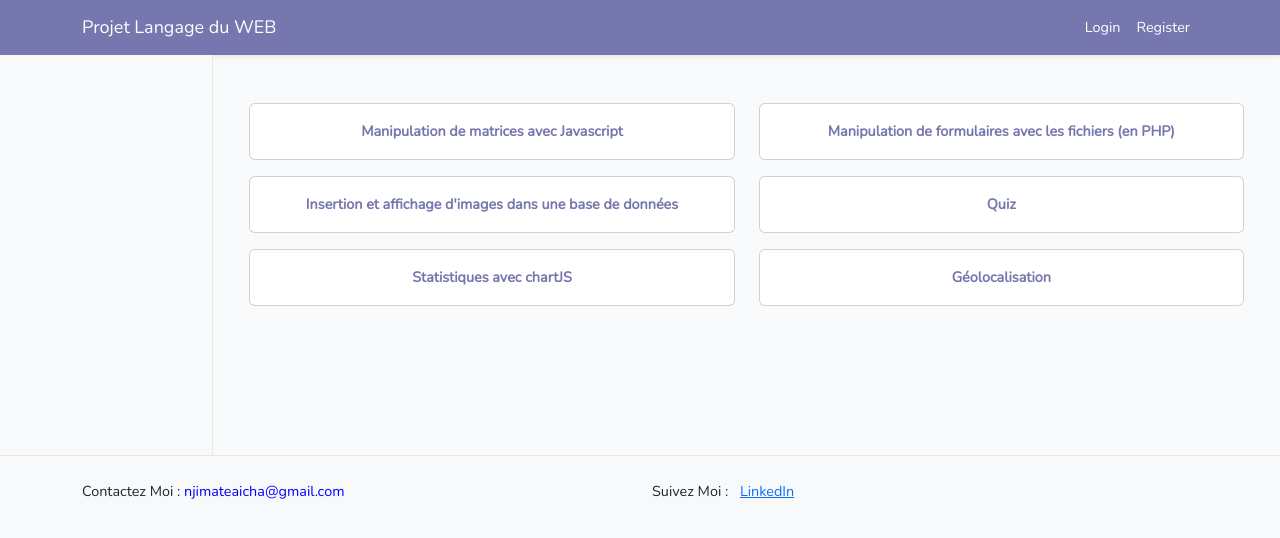
Repository: NjimateAicha/LaravelWeb
Page: http://localhost/projets
An editor plug-in stored every save of this project. The page is shown before and after the next save, followed by the edit.
The browser window is 1280 px wide. The pictures show the whole page.
Some web libraries are served in a nearby version. The page is served by the project's Laravel application, run on PHP 8.4 with Laravel 9. Other server files are loaded and not shown. Style sheets and scripts are compiled from the project's sources, by tool versions that may differ from the author's.

Above is the page before, as saved 2024-05-19 17:07:58.

### routes/web.php
<?php

use App\Http\Controllers\AproposDeMoiController;
use App\Http\Controllers\ChartsController;
use App\Http\Controllers\EtudiantController;
use App\Http\Controllers\formulairesController;
use App\Http\Controllers\ImageController;
use App\Http\Controllers\JsController;
use App\Http\Controllers\MapController;
use App\Http\Controllers\MatriceController;
use App\Http\Controllers\PhpController;
use App\Http\Controllers\ProjetController;
use App\Http\Controllers\QuizController;
use Illuminate\Support\Facades\Auth;
use Illuminate\Support\Facades\Route;

/*
|--------------------------------------------------------------------------
| Web Routes
|--------------------------------------------------------------------------
|
| Here is where you can register web routes for your application. These
| routes are loaded by the RouteServiceProvider within a group which
| contains the "web" middleware group. Now create something great!
|
*/

Route::get('/', function () {
    return view('auth.login');
});


Auth::routes();

Route::get('/home', [App\Http\Controllers\HomeController::class, 'index'])->name('home');

Route::get('/projets', [ProjetController::class, 'index'])->name('projets.index');
Route::get('/aproposDeMoi', [AproposDeMoiController::class, 'index'])->name('aProposDeMoi.index');


/* CRUD Student */
Route::resource('/etudiant' ,EtudiantController::class );
/* CRUD image */
Route::resource('/image' ,ImageController::class );
/* CRUD Maps */
Route::resource('/map' ,MapController::class );
/* CRUD Charts */
Route::resource('/charts' ,ChartsController::class );
/* Matrice */
Route::resource('/matrice' ,MatriceController::class );
/* quiz */
Route::resource('/Quiz' ,QuizController::class );
Route::get('/quiz/javascript', [QuizController::class, 'javascriptQuiz'])->name('quiz.javascript');
Route::post('/quiz/calculateJS', [QuizController::class, 'calculateScoreJS'])->name('quiz.calculateJS');
Route::get('/quiz/php', [QuizController::class, 'phpQuiz'])->name('quiz.php');
Route::post('/quiz/calculatePHP', [QuizController::class, 'calculateScorePHP'])->name('quiz.calculatePHP');

### app/Http/Controllers/ProjetController.php
<?php

namespace App\Http\Controllers;

use Illuminate\Http\Request;

class ProjetController extends Controller
{
    public function index()
    {
        return view('projets.index');
    }
}

### resources/views/projets/index.blade.php
@extends('layouts.app')

@section('content')
    <div class="container mt-5">
        <div class="row">
            <div class="col-md-6 mb-3">
                <a href="{{ route('matrice.index') }}" class="card clickable-card custom-card">
                    <div class="card-body">
                        <span class="blue-text">Manipulation de matrices avec Javascript</span>
                    </div>
                </a>
            </div>
            <div class="col-md-6 mb-3">
                <a href="{{ route('etudiant.create') }}" class="card clickable-card custom-card">
                    <div class="card-body">
                        <span class="blue-text">Manipulation de formulaires avec les fichiers (en PHP)</span>
                    </div>
                </a>
            </div>
            <div class="col-md-6 mb-3">
                <a href="{{ route('image.create') }}" class="card clickable-card custom-card">
                    <div class="card-body">
                        <span class="blue-text">Insertion et affichage d'images dans une base de données</span>
                    </div>
                </a>
            </div>
            <div class="col-md-6 mb-3">
                <a href="{{ route('Quiz.index') }}" class="card clickable-card custom-card">
                    <div class="card-body">
                        <span class="blue-text">Quiz</span>
                    </div>
                </a>
            </div>
            <div class="col-md-6 mb-3">
                <a href="{{ route('charts.index') }}" class="card clickable-card custom-card">
                    <div class="card-body">
                        <span class="blue-text">Statistiques avec chartJS</span>
                    </div>
                </a>
            </div>
            <div class="col-md-6 mb-3">
                <a href="{{ route('map.index') }}" class="card clickable-card custom-card">
                    <div class="card-body">
                        <span class="blue-text">Géolocalisation</span>
                    </div>
                </a>
            </div>
        </div>
    </div>
@endsection

<style>
    .custom-card {
        background-color: #7777af;
        color: white;
        transition: transform 0.2s;
        border: none;
    }

    .custom-card:hover {
        transform: scale(1.05);
        box-shadow: 0 4px 8px rgba(0, 0, 0, 0.2);
    }

    .custom-card .card-body {
        text-align: center;
        font-weight: bold;
    }

    .blue-text {
        color: #7777af; /* Couleur bleue pour le texte */
    }
</style>

### resources/views/layouts/app.blade.php
<!doctype html>
<html lang="{{ str_replace('_', '-', app()->getLocale()) }}">

<head>
    <meta charset="utf-8">
    <meta name="viewport" content="width=device-width, initial-scale=1">

    <!-- CSRF Token -->
    <meta name="csrf-token" content="{{ csrf_token() }}">

    <title>{{ config('app.name', 'Aicha\'s Portfolio') }}</title>

    <!-- Fonts -->
    <link rel="dns-prefetch" href="//fonts.bunny.net">
    <link href="https://fonts.bunny.net/css?family=Nunito" rel="stylesheet">

    <!-- Styles -->
    <link rel="stylesheet" href="https://maxcdn.bootstrapcdn.com/bootstrap/4.5.2/css/bootstrap.min.css">
    <style>
        body {
            font-family: 'Nunito', sans-serif;
        }
        .navbar {
            background-color: #7777af;
        }
        .navbar-brand, .navbar-nav .nav-link {
            color: white !important;
        }
        .sidebar {
            background-color: #f8f9fa;
            border-right: 1px solid #e7e7e7;
        }
        .sidebar .nav-link {
            color: #7777af;
        }
        .sidebar .nav-link:hover {
            color: #7777af;
        }
        footer {
            background-color: #f8f9fa;
            border-top: 1px solid #e7e7e7;
            padding: 10px 0;
        }
        footer p {
            margin: 0;
        }
    </style>
    <!-- Scripts -->
    @vite(['resources/sass/app.scss', 'resources/js/app.js'])
</head>

<body>
    <div id="app">
        <nav class="navbar navbar-expand-md navbar-light shadow-sm">
            <div class="container">
                <a class="navbar-brand" href="{{ url('/') }}">
                    Projet Langage du WEB
                </a>
                <button class="navbar-toggler" type="button" data-toggle="collapse" data-target="#navbarSupportedContent" aria-controls="navbarSupportedContent" aria-expanded="false" aria-label="{{ __('Toggle navigation') }}">
                    <span class="navbar-toggler-icon"></span>
                </button>

                <div class="collapse navbar-collapse" id="navbarSupportedContent">
                    <!-- Left Side Of Navbar -->
                    <ul class="navbar-nav me-auto"></ul>

                    <!-- Right Side Of Navbar -->
                    <ul class="navbar-nav ms-auto">
                        <!-- Authentication Links -->
                        @guest
                            @if (Route::has('login'))
                                <li class="nav-item">
                                    <a class="nav-link" href="{{ route('login') }}">{{ __('Login') }}</a>
                                </li>
                            @endif

                            @if (Route::has('register'))
                                <li class="nav-item">
                                    <a class="nav-link" href="{{ route('register') }}">{{ __('Register') }}</a>
                                </li>
                            @endif
                        @else
                            <li class="nav-item dropdown">
                                <a id="navbarDropdown" class="nav-link dropdown-toggle" href="#" role="button" data-toggle="dropdown" aria-haspopup="true" aria-expanded="false" v-pre>
                                    {{ Auth::user()->name }}
                                </a>

                                <div class="dropdown-menu dropdown-menu-right" aria-labelledby="navbarDropdown">
                                    <a class="dropdown-item" href="{{ route('logout') }}"
                                       onclick="event.preventDefault();
                                                     document.getElementById('logout-form').submit();">
                                        {{ __('Logout') }}
                                    </a>

                                    <form id="logout-form" action="{{ route('logout') }}" method="POST" class="d-none">
                                        @csrf
                                    </form>
                                </div>
                            </li>
                        @endguest
                    </ul>
                </div>
            </div>
        </nav>

        <div class="container-fluid">
            <div class="row">
                <nav class="col-md-2 d-none d-md-block sidebar">
                    <div class="position-sticky pt-3" style="height: 400px">
                        <ul class="nav flex-column">
                            @auth
                                <li class="nav-item ">
                                    <a class="nav-link active" aria-current="page" href="{{ route('aProposDeMoi.index') }}">À propos de moi</a>
                                </li>
                                <li class="nav-item">
                                    <a class="nav-link" href="{{ route('projets.index') }}">Mes Projets</a>
                                </li>

                            @endauth
                        </ul>
                    </div>
                </nav>
                <main class="col-md-9 ms-sm-auto col-lg-10 px-md-4">
                    @yield('content')
                </main>
            </div>
        </div>

        <footer class="bg-light py-4">
            <div class="container">
                <div class="row justify-content-between">
                    <div class="col-md-6">
                        {{-- <p>Contactez Moi :</p> --}}
                        <p class="d-inline">Contactez Moi : <span style="color: blue;">njimateaicha@gmail.com</span></p>
                    </div>
                    <div class="col-md-6">
                        <p class="d-inline-block me-2 mb-0">Suivez Moi :</p>
                        <a href="https://www.linkedin.com/" class="text-blue-500 hover:text-blue-700 d-inline-block" target="_blank">LinkedIn</a>
                    </div>
                </div>
            </div>
        </footer>
    </div>

    <!-- Bootstrap JS and dependencies -->
    <script src="https://code.jquery.com/jquery-3.5.1.slim.min.js"></script>
    <script src="https://cdn.jsdelivr.net/npm/@popperjs/core@2.5.4/dist/umd/popper.min.js"></script>
    <script src="https://maxcdn.bootstrapcdn.com/bootstrap/4.5.2/js/bootstrap.min.js"></script>
</body>

</html>

Loaded but not shown: app/Http/Controllers/Auth/ConfirmPasswordController.php (common file); app/Http/Controllers/Controller.php (common file); resources/sass/app.scss (common file); resources/sass/_variables.scss (common file)

After the next save:
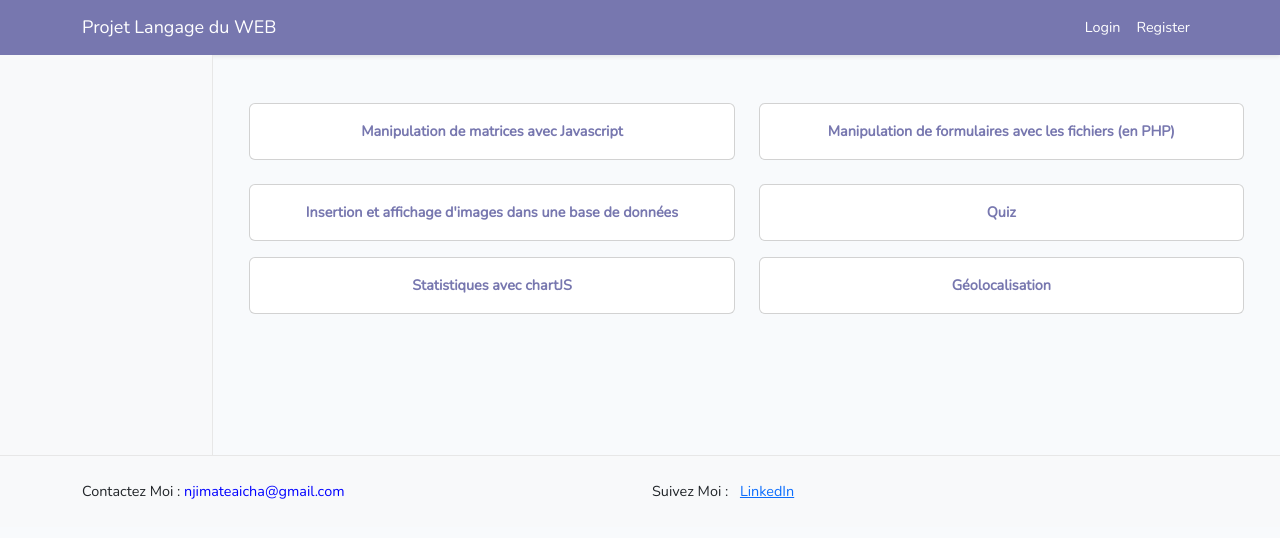
Saved 42 s later.
--- a/resources/views/projets/index.blade.php
+++ b/resources/views/projets/index.blade.php
@@ -3,7 +3,7 @@
 @section('content')
     <div class="container mt-5">
         <div class="row">
-            <div class="col-md-6 mb-3">
+            <div class="col-md-6 mb-4">
                 <a href="{{ route('matrice.index') }}" class="card clickable-card custom-card">
                     <div class="card-body">
                         <span class="blue-text">Manipulation de matrices avec Javascript</span>
